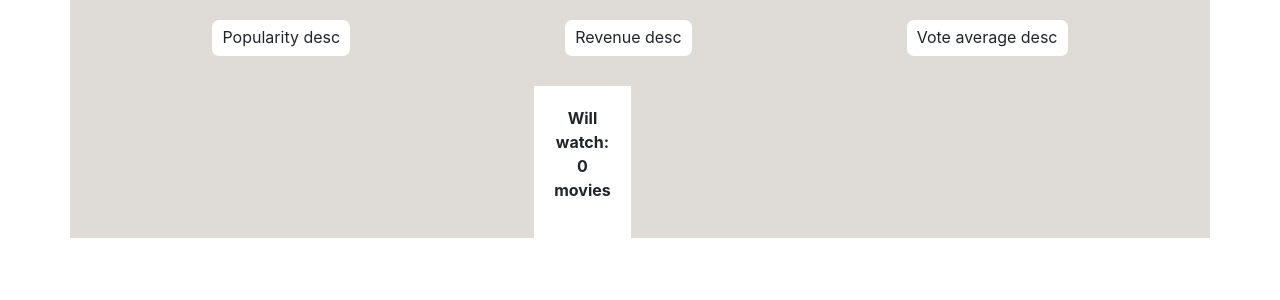
Repository: mamulini/movieslist
Page: /
These files come from the project's save history. The page is drawn as it stood at one moment and after the next save; the edit follows.
The browser window is 1280 px wide. The pictures show the whole page.
The page's requests for data from a server got no answer. Some web libraries are served in a nearby version. The project was rebuilt for these pictures with package versions that can differ from the ones it lists, and the page was loaded fresh each time. No one was signed in, and anything a server would have sent is missing. Also part of the build but not shown: src/component/MovieItem.jsx.

Above is the page before, as saved 2020-03-12 13:43:25.

After the next save:
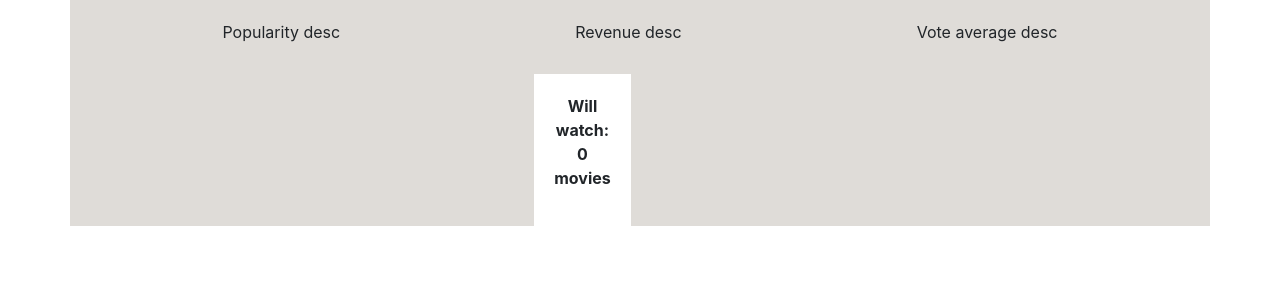
Saved 3 min 4 s later.
--- a/src/container/App.css
+++ b/src/container/App.css
@@ -13,13 +13,13 @@
   padding: 20px;
 }
 
-.nav__link{
+/* .nav__link{
   padding: 5px 10px;
   background: #ffffff;
   border-radius: 7px;
   cursor: pointer;
   border-bottom: 2px solid transparent;
-}
+} */
 
 .nav__link .active{
   background: #7e72c5;

After the save that followed:
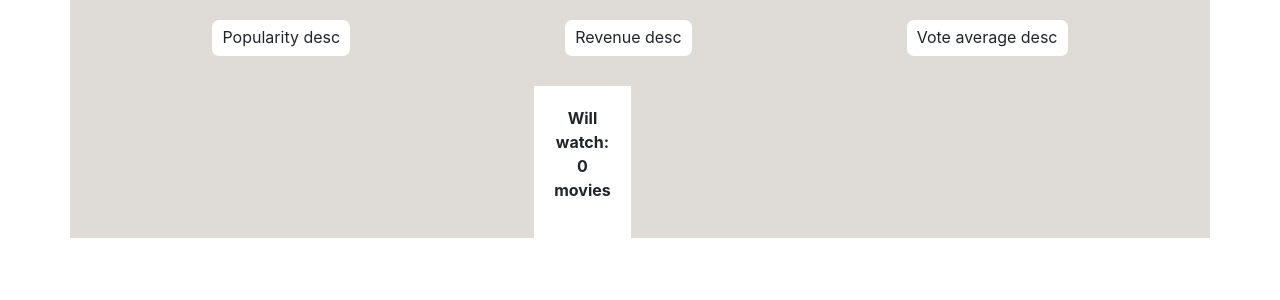
Saved 4 s later.
--- a/src/container/App.css
+++ b/src/container/App.css
@@ -13,13 +13,13 @@
   padding: 20px;
 }
 
-/* .nav__link{
+.nav__link{
   padding: 5px 10px;
   background: #ffffff;
   border-radius: 7px;
   cursor: pointer;
   border-bottom: 2px solid transparent;
-} */
+}
 
 .nav__link .active{
   background: #7e72c5;
